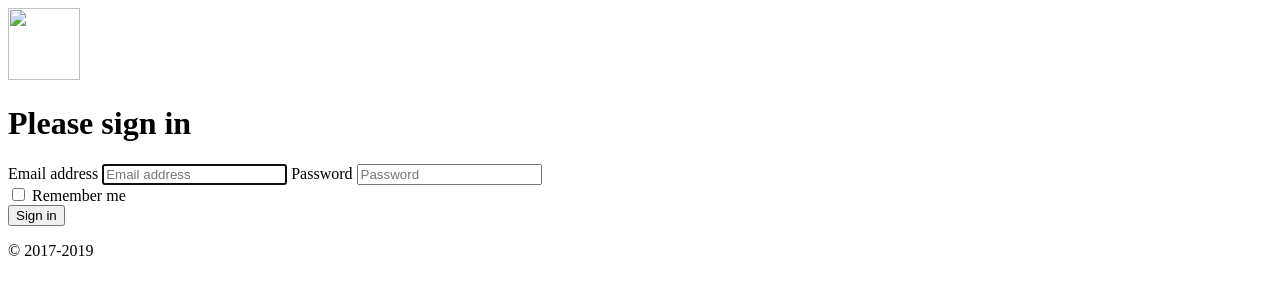
Repository: tinawu0603/cs4550-sp2020-whiteboard-springboot
Page: whiteboard/src/main/webapp/login/login.template.client.html
The author's editor kept a copy of each file at every save. The page is drawn from the files as they stood at one save, then again after the next save.
The browser window is 1280 px wide. The pictures show the whole page.

Above is the page before, as saved 2020-01-15 21:33:16.
Not found: whiteboard/src/main/webapp/docs/4.4/assets/brand/bootstrap-solid.svg

### whiteboard/src/main/webapp/login/login.template.client.html
<!DOCTYPE html>
<html>
<head>
<meta charset="ISO-8859-1">
<title>Insert title here</title>
</head>
<body>
	<form class="form-signin">
		<img class="mb-4" src="/docs/4.4/assets/brand/bootstrap-solid.svg"
			alt="" width="72" height="72"
		>
		<h1 class="h3 mb-3 font-weight-normal">Please sign in</h1>
		<label for="inputEmail" class="sr-only">Email address</label>
		<input type="email" id="inputEmail" class="form-control"
			placeholder="Email address" required="" autofocus=""
		>
		<label for="inputPassword" class="sr-only">Password</label>
		<input type="password" id="inputPassword" class="form-control"
			placeholder="Password" required=""
		>
		<div class="checkbox mb-3">
			<label>
				<input type="checkbox" value="remember-me">
				Remember me
			</label>
		</div>
		<button class="btn btn-lg btn-primary btn-block" type="submit">Sign
			in</button>
		<p class="mt-5 mb-3 text-muted">© 2017-2019</p>
	</form>

</body>
</html>

After the next save:
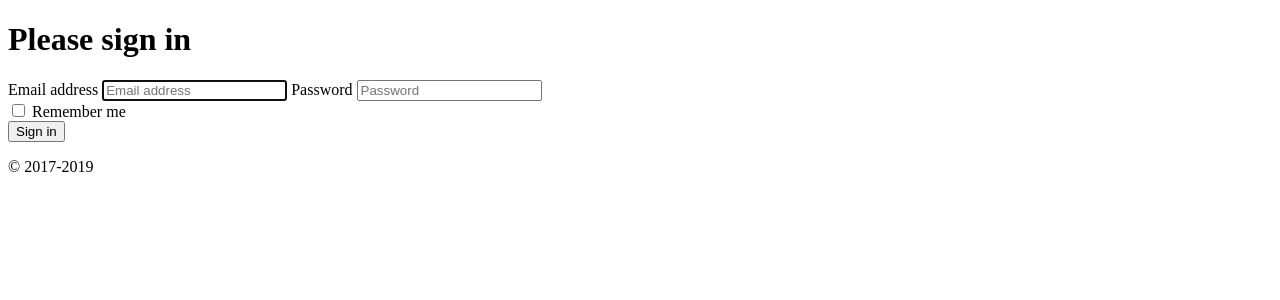
Saved 20 min 24 s later.
--- a/whiteboard/src/main/webapp/login/login.template.client.html
+++ b/whiteboard/src/main/webapp/login/login.template.client.html
@@ -6,9 +6,6 @@
 </head>
 <body>
 	<form class="form-signin">
-		<img class="mb-4" src="/docs/4.4/assets/brand/bootstrap-solid.svg"
-			alt="" width="72" height="72"
-		>
 		<h1 class="h3 mb-3 font-weight-normal">Please sign in</h1>
 		<label for="inputEmail" class="sr-only">Email address</label>
 		<input type="email" id="inputEmail" class="form-control"
